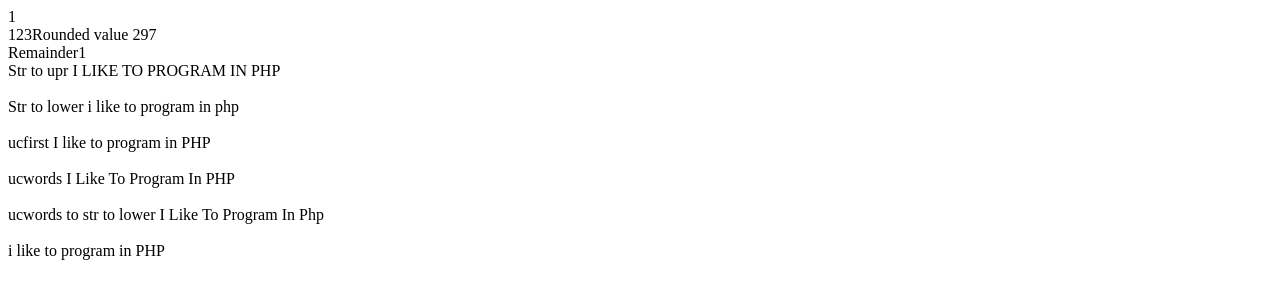
Repository: ramasubbaiya/PHP_Term_1_Course_Work
Page: http://localhost/SandBox/work.php
The author's editor kept a copy of each file at every save. The page is drawn from the files as they stood at one save, then again after the next save.
The browser window is 1280 px wide. The pictures show the whole page.
The page is run by PHP 8.4 with error messages shown; the project is at /var/www/html/.

Above is the page before, as saved 2015-04-21 14:07:26.

### ZendStudio/Lambton/SandBox/work.php
<?php
$EnteredValue="123";
if(is_numeric($EnteredValue)){
    $NumericValue=$EnteredValue;
    echo is_numeric($EnteredValue).'<br>';
}
else{
   $NumericValue=intval($EnteredValue);
   echo 'hi'.intval($EnteredValue).'<br>';

}


echo $EnteredValue;

$round=297;

echo 'Rounded value '.round($round).'<br>';

echo 'Remainder'.$round%2 .'<br>';


$string = "i like to program in PHP".'<br>';
$a = strtoupper($string);
$b = strtolower($string);
$c = ucfirst($string);
$d = ucwords($string);
$e = ucwords(strtolower($string));


echo  "Str to upr  ".$a.'<br>';

echo  "Str to lower  ".$b.'<br>';

echo  "ucfirst  ".$c.'<br>';

echo  "ucwords  ".$d.'<br>';

echo  "ucwords to str to lower ".$e.'<br>';

echo trim($string);

After the next save:
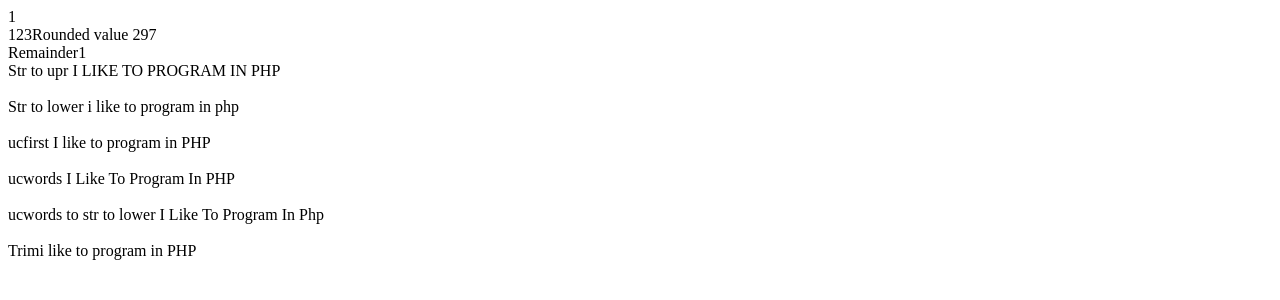
Saved 8 s later.
--- a/ZendStudio/Lambton/SandBox/work.php
+++ b/ZendStudio/Lambton/SandBox/work.php
@@ -38,4 +38,4 @@ echo  "ucwords  ".$d.'<br>';
 
 echo  "ucwords to str to lower ".$e.'<br>';
 
-echo trim($string);
+echo "Trim".trim($string);
